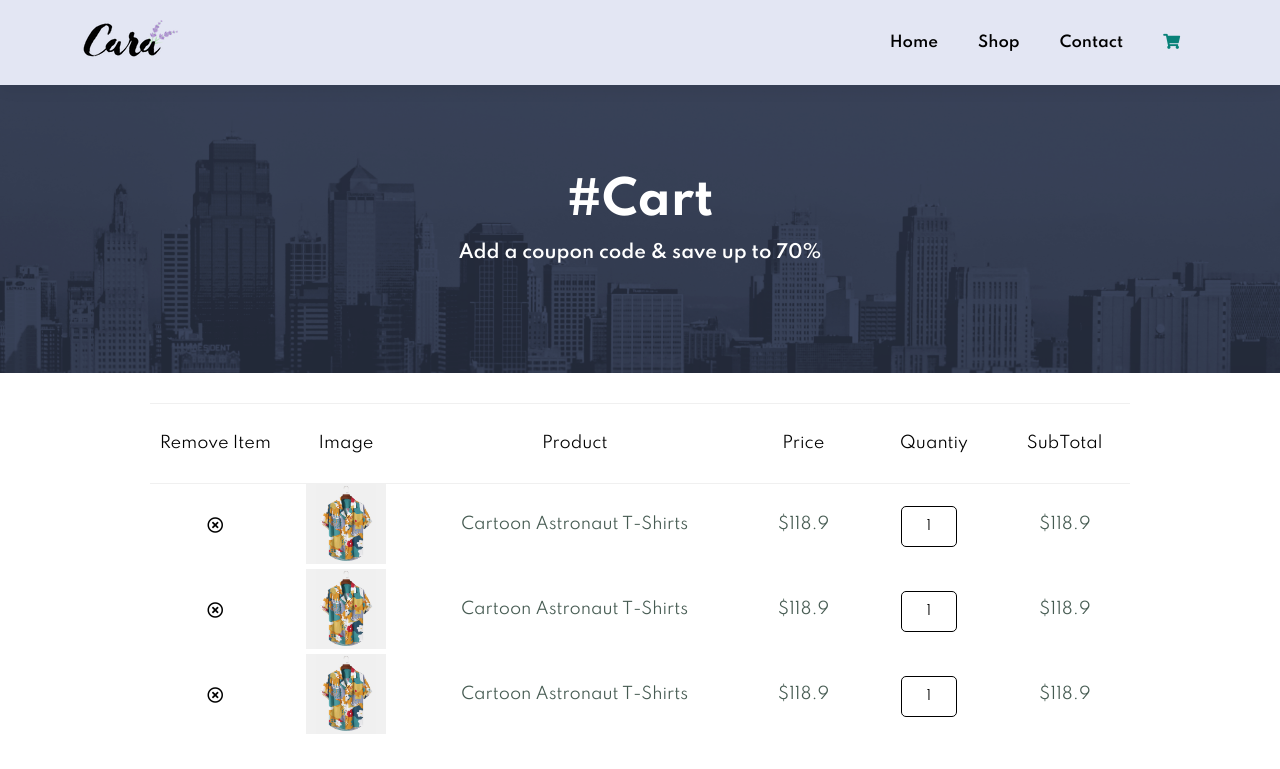
Repository: Daryllgio/E-Commerce-Website-UI
Page: cart.html
The author's editor kept a copy of each file at every save. The page is drawn from the files as they stood at one save, then again after the next save.
The browser window is 1280 px wide. The pictures show the whole page.
Some web libraries are served in a nearby version.

Above is the page before, as saved 2025-01-02 02:48:24.

After the next save:
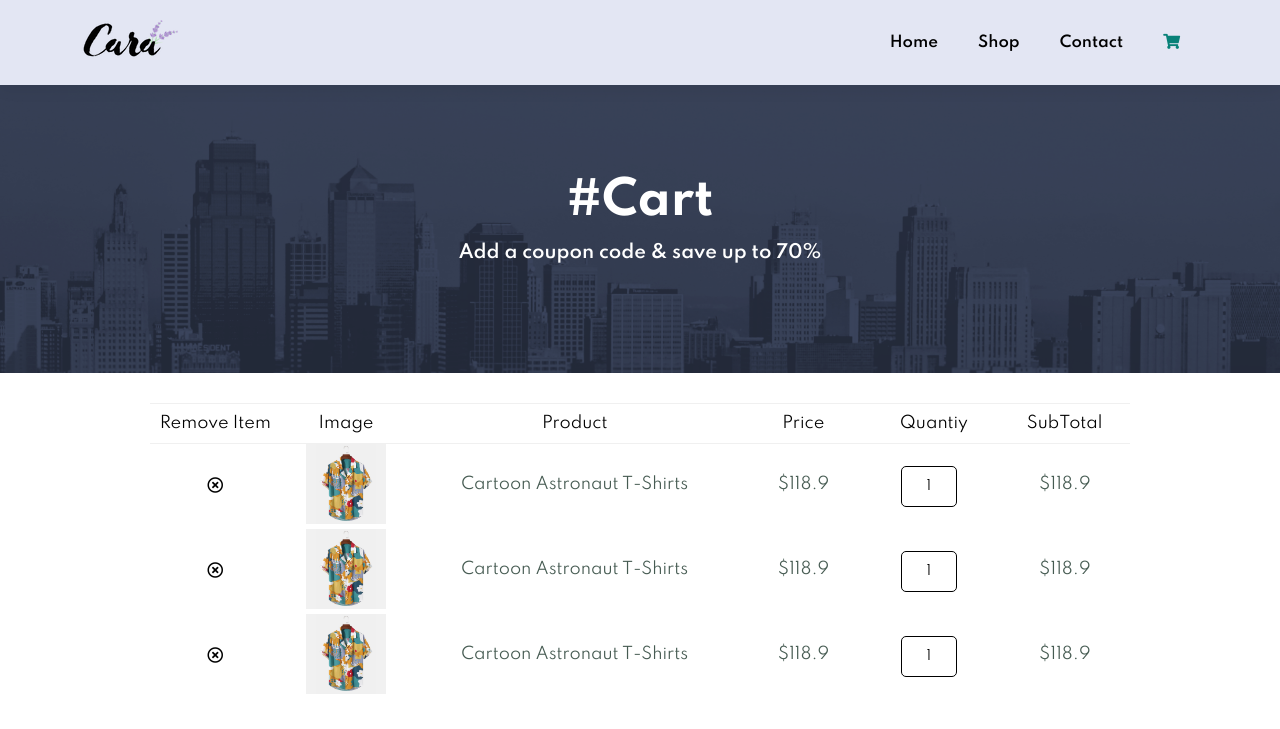
Saved 11 s later.
--- a/style.css
+++ b/style.css
@@ -877,6 +877,6 @@ body {
 }
 
 #Cart-Summary-Container table thead td {
-  padding-top: 30px;
-  padding-bottom: 30px;
-}
+  padding-top: 10px;
+  padding-bottom: 10px;
+}
